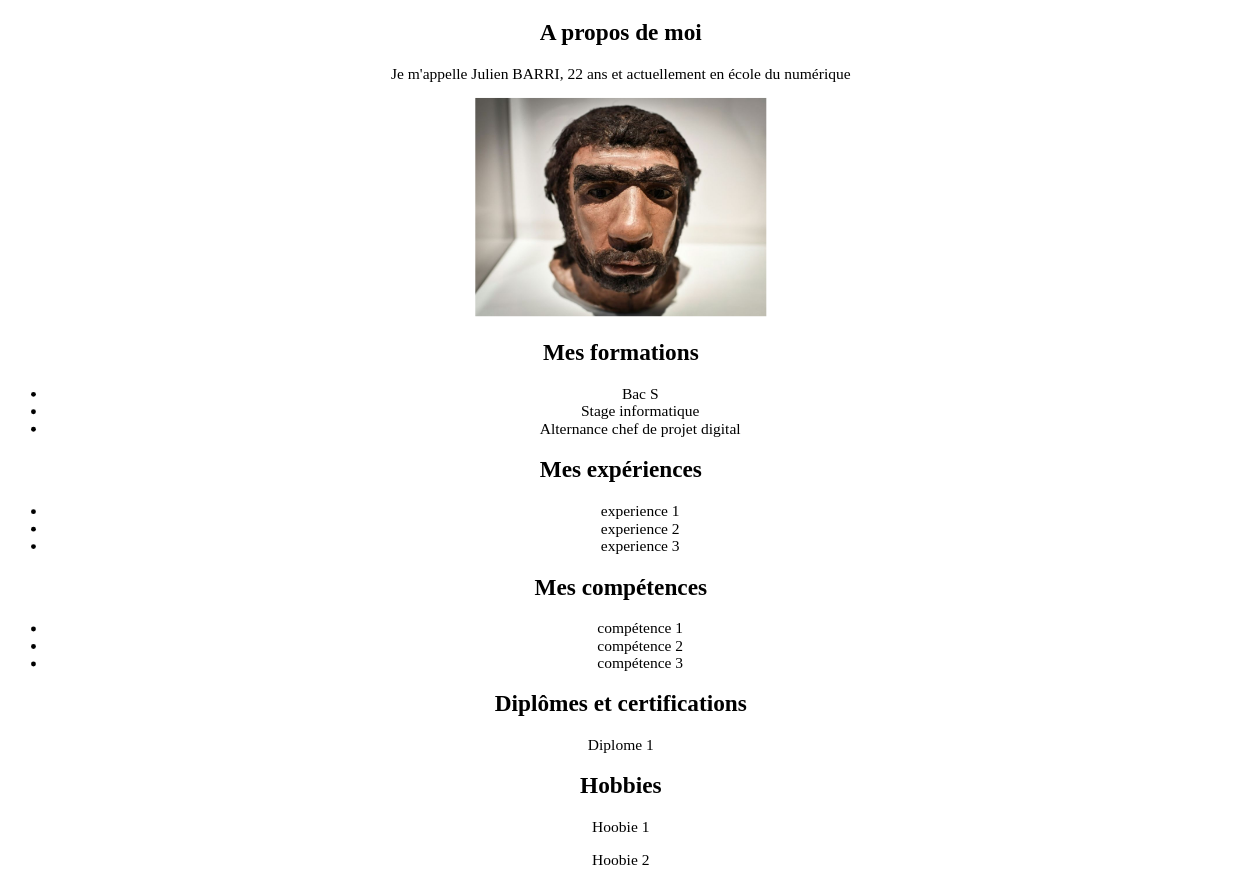
Repository: barridev/cours_devops.github.io
Page: index.html
The author's editor kept a copy of each file at every save. The page is drawn from the files as they stood at one save, then again after the next save.
The browser window is 1280 px wide. The pictures show the whole page, at 97% of full size.

Above is the page before, as saved 2022-06-13 15:24:58.

After the next save:
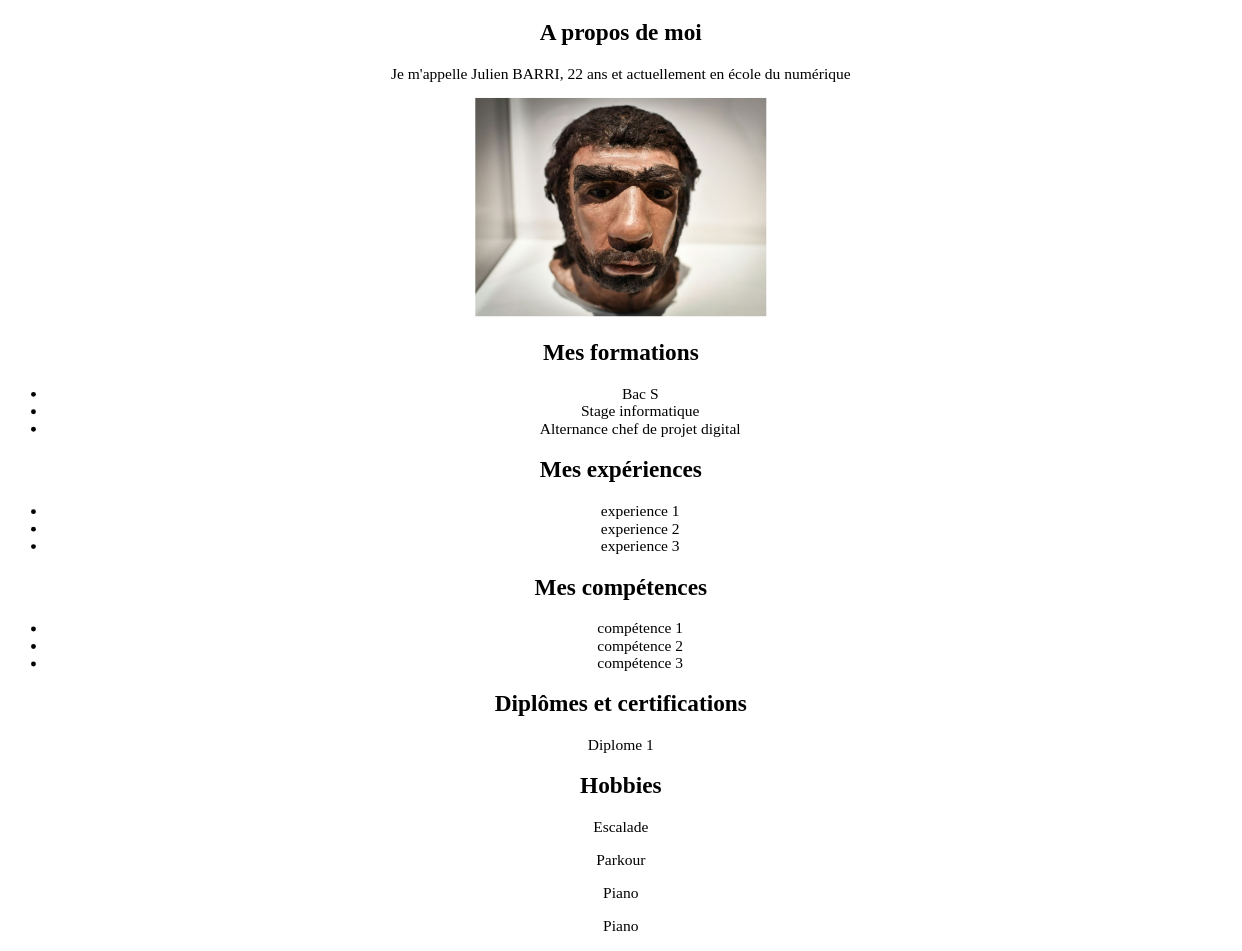
Saved 104 s later.
--- a/index.html
+++ b/index.html
@@ -64,8 +64,10 @@
     <section class="center">
         <div>
             <h2> Hobbies</h2>
-            <p>Hoobie 1</p>
-            <p>Hoobie 2</p>
+            <p>Escalade</p>
+            <p>Parkour</p>
+            <p>Piano</p>
+            <p>Piano</p>
         </div>
 
     </section class="center">
